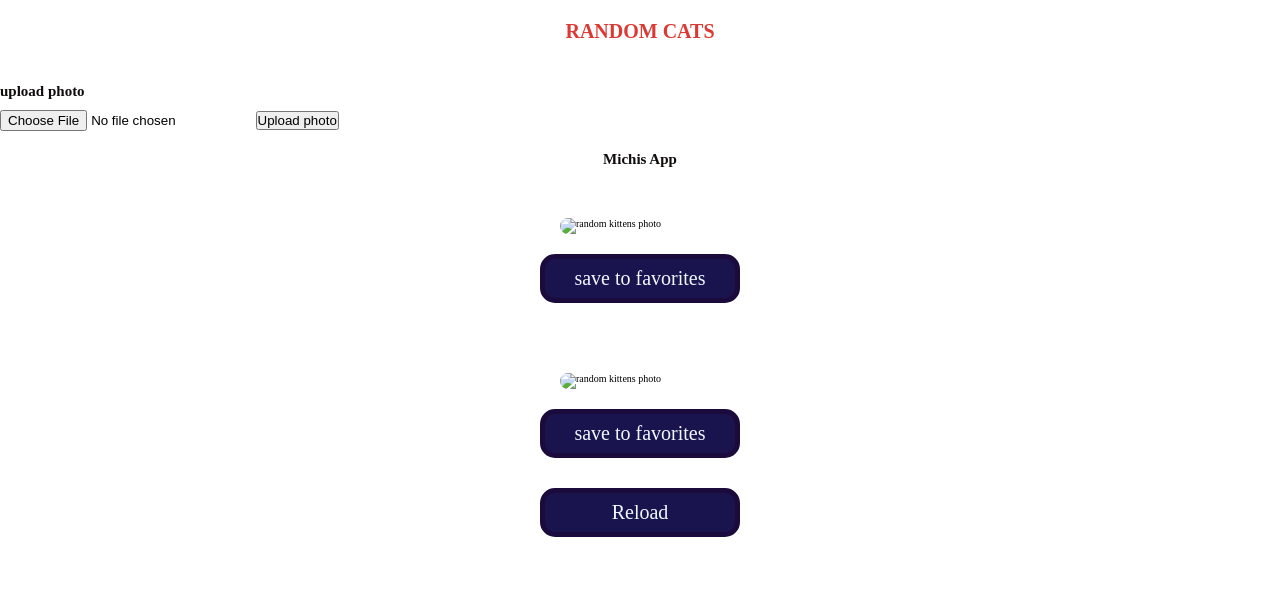
Repository: elto82/ConsumoAPIRESTjs
Page: index.html
The author's editor kept a copy of each file at every save. The page is drawn from the files as they stood at one save, then again after the next save.
The browser window is 1280 px wide. The pictures show the whole page.
The page's requests for data from a server got no answer.

Above is the page before, as saved 2022-07-04 21:43:28.

After the next save:
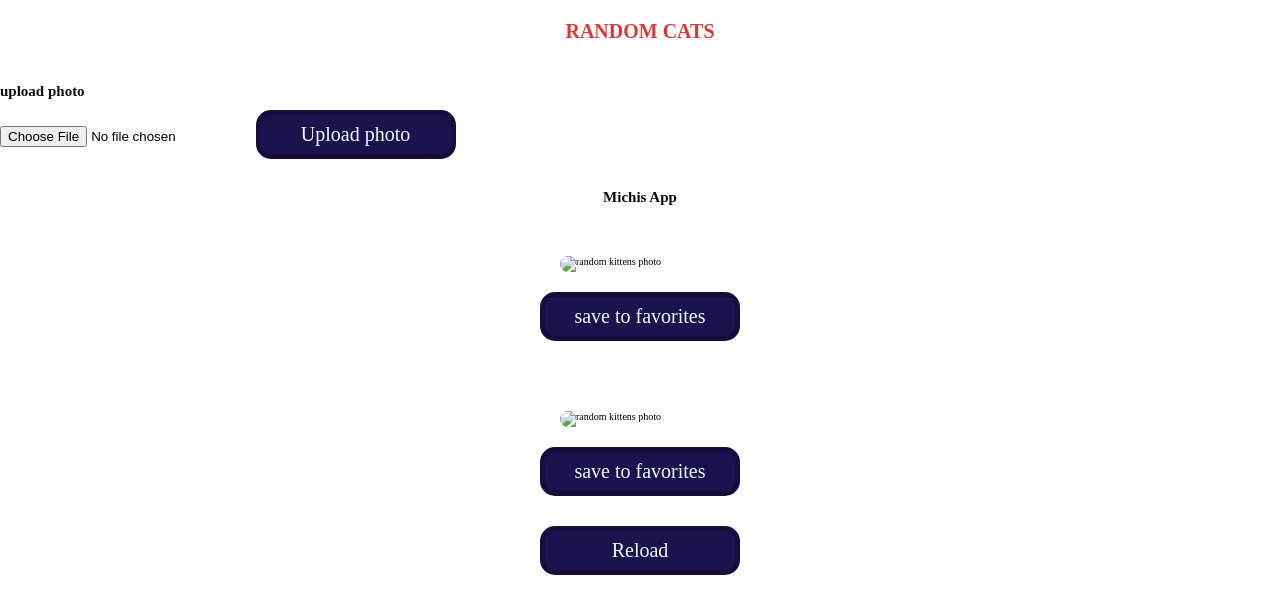
Saved 2 min 36 s later.
--- a/index.html
+++ b/index.html
@@ -21,7 +21,7 @@
     <form id="uploadingForm">
       <input id="fileSelector" type="file" name="file" accept="image/*">
 
-      <button type="button" onclick="uploadMichiPhoto()">
+      <button type="button" onclick="uploadMichiPhoto()" class="random-cat-button">
         Upload photo<i class="fa-solid fa-paper-plane"></i>
       </button>
       <div id="preview-zone">
